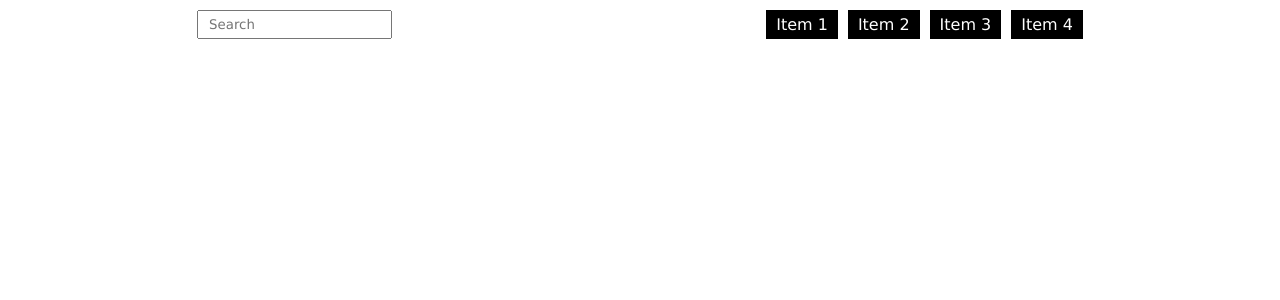
Repository: Chaimaa482/web2-tp3
Page: nav_flex.html
The author's editor kept a copy of each file at every save. The page is drawn from the files as they stood at one save, then again after the next save.
The browser window is 1280 px wide. The pictures show the whole page.

Above is the page before, as saved 2024-02-20 21:06:34.

After the next save:
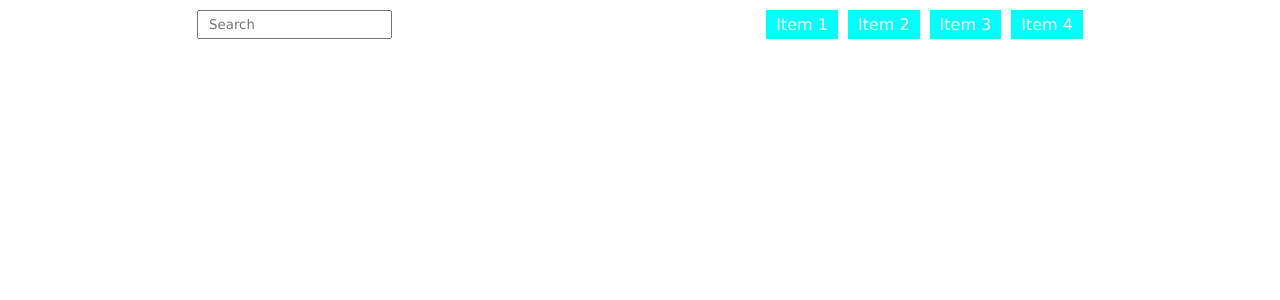
Saved 78 s later.
--- a/nav_flex.html
+++ b/nav_flex.html
@@ -25,7 +25,7 @@ nav{
     gap: 10px;
 }
 nav span{
-    background-color: black;
+    background-color: cyan;
     color: white;
     padding: 5px 10px;
 }
